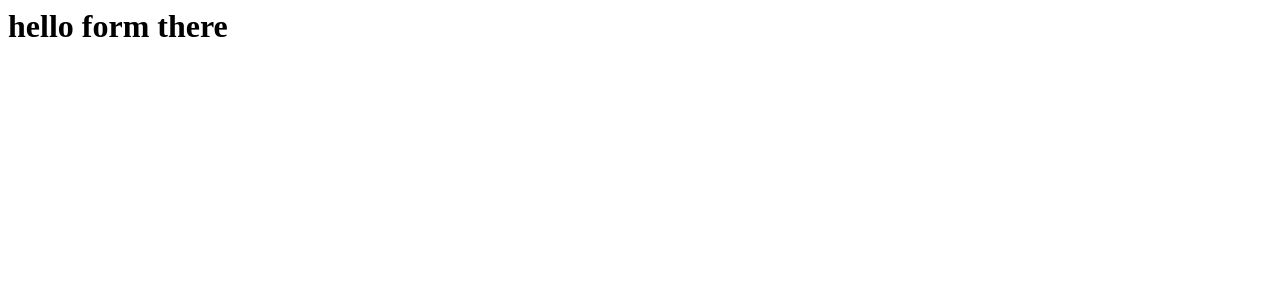
Repository: RaghdaMadiane/django
Page: http://localhost/books/
These files come from the project's save history. The page is drawn as it stood at one moment and after the next save; the edit follows.
The browser window is 1280 px wide. The pictures show the whole page.
The page is served by the project's application, run on Django 3.2 (manage.py). Other server files are loaded and not shown.

Above is the page before, as saved 2021-04-21 16:45:02.

### books/templates/books/index.html
<h1>hello form there<h1>

### books/views.py
from django.shortcuts import render,redirect
from django.http import HttpResponse
from .forms import BookForm
# Create your views here.
def index(request):
    return render(request,"books/index.html")
def create(request):
    form=BookForm(request.POST or None)
    if form.is_valid():
        form.save()
        return redirect("index")
    return render(request,"books/create.html",{
        "form" : form
    })

### book/urls.py
"""book URL Configuration

The `urlpatterns` list routes URLs to views. For more information please see:
    https://docs.djangoproject.com/en/3.2/topics/http/urls/
Examples:
Function views
    1. Add an import:  from my_app import views
    2. Add a URL to urlpatterns:  path('', views.home, name='home')
Class-based views
    1. Add an import:  from other_app.views import Home
    2. Add a URL to urlpatterns:  path('', Home.as_view(), name='home')
Including another URLconf
    1. Import the include() function: from django.urls import include, path
    2. Add a URL to urlpatterns:  path('blog/', include('blog.urls'))
"""
from django.contrib import admin
from django.urls import path
from django.urls import include

urlpatterns = [
    path('admin/', admin.site.urls),
    path('books/',include("books.urls")),
]

### books/urls.py

from django.urls import path
from . import views

urlpatterns = [
   path("",views.index,name='index'),
   path("create",views.create, name='create')
]

After the next save:
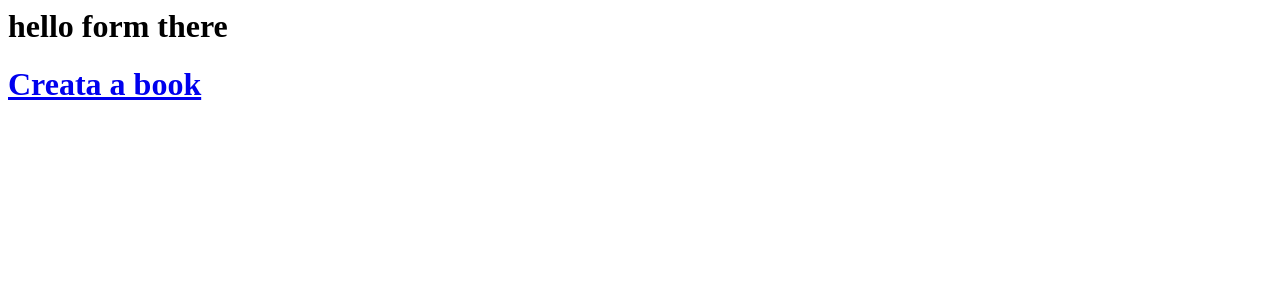
Saved 2 min 20 s later.
--- a/books/templates/books/index.html
+++ b/books/templates/books/index.html
@@ -1 +1,2 @@
 <h1>hello form there<h1>
+<a type ="button" href='/create'> Creata a book </a>
